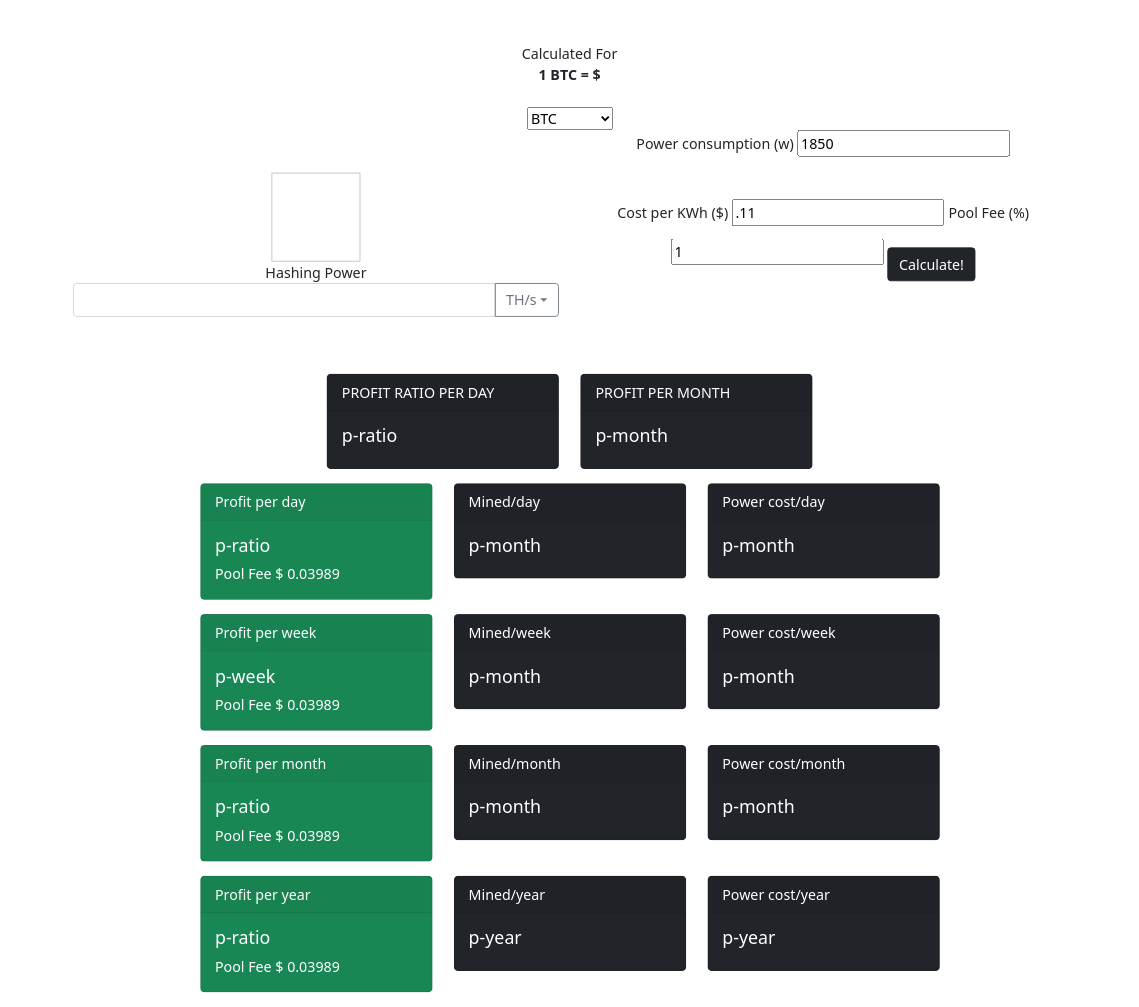
Repository: ibrkhalil/calculator
Page: index.html
An editor plug-in stored every save of this project. The page is shown before and after the next save, followed by the edit.
The browser window is 1280 px wide. The pictures show the whole page, at 89% of full size.
The page's requests for data from a server got no answer.

Above is the page before, as saved 2021-10-20 13:05:53.

### index.html
<!DOCTYPE html>
<html lang="en">

<head>
    <meta charset="UTF-8">
    <meta http-equiv="X-UA-Compatible" content="IE=edge">
    <link rel="stylesheet" href="styles.css">
    <meta name="viewport" content="width=device-width, initial-scale=1">
    <link href="https://cdn.jsdelivr.net/npm/bootstrap@5.1.3/dist/css/bootstrap.min.css" rel="stylesheet"
        integrity="sha384-1BmE4kWBq78iYhFldvKuhfTAU6auU8tT94WrHftjDbrCEXSU1oBoqyl2QvZ6jIW3" crossorigin="anonymous">
    <title>Calculator</title>
</head>

<body>
    <div>
        <form class="container" id="mainform">
            <div class="head-of-calculator text-center">
                <div class="row">
                    <div class="col-md-12 mt-5">
                        <label class="" for="UNIT" class="UNIT">Calculated For</label>
                        <br>
                        <strong name="UNIT" id="UNIT">1 BTC = $ </strong>
                        <br>
                        <br>
                        <select name="Coins" id="coins">
                            <option value="BTC">BTC</option>
                            <option value="LiteCoin">LiteCoin</option>
                            <option value="DogeCoin">DogeCoin</option>
                        </select>

                    </div>
                    <div class="col-md-6">
                        <div class="mt-5 justify-content-center ">
                            <img id="iconImg" width="100" height="100" />
                            <br>
                            <label for="">
                                Hashing Power
                            </label>
                            <div class="input-group mb-3">
                                <input type="text" class="form-control" id="hashing"
                                    aria-label="Text input with dropdown button">
                                <button class="btn btn-outline-secondary dropdown-toggle" type="button"
                                    data-bs-toggle="dropdown" aria-expanded="false">TH/s</button>
                                <ul class="dropdown-menu dropdown-menu-end">
                                    <li><a class="dropdown-item" href="#">H/s</a></li>
                                    <li><a class="dropdown-item" href="#">KH/s</a></li>
                                    <li><a class="dropdown-item" href="#">MH/s</a></li>
                                    <li><a class="dropdown-item" href="#">GH/s</a></li>
                                    <li><a class="dropdown-item" href="#">TH/s</a></li>
                                </ul>
                            </div>

                        </div>
                    </div>
                    <div class="col-md-6">

                        <label for="power">
                            Power consumption (w)
                        </label>
                        <input type="text" name="power" id="power" value="1850" />
                        <br>
                        <br>
                        <br>
                        <label for="cost">
                            Cost per KWh ($)
                        </label>
                        <input type="text" name="cost" id="cost" value=".11" />

                        <label for="pool">
                            Pool Fee (%)
                        </label>
                        <input type="text" name="pool" id="pool" value="1" />
                        <button type="submit" class="btn mt-4 btn-dark">Calculate!</button>
                    </div>
                </div>
            </div>
            <div class="row mt-5 justify-content-center">
                <div class="col-md-3">
                    <div class="card text-white bg-dark mb-3 rounded-3" style="max-width: 18rem;">
                        <div class="card-header">PROFIT RATIO PER DAY</div>
                        <div class="card-body">
                            <h5 class="card-title">p-ratio</h5>
                            <p class="card-text p-ratio"></p>
                        </div>
                    </div>
                </div>
                <div class="col-md-3">
                    <div class="card text-white bg-dark mb-3 rounded-3" style="max-width: 18rem;">
                        <div class="card-header">PROFIT PER MONTH</div>
                        <div class="card-body">
                            <h5 class="card-title">p-month</h5>
                        </div>
                    </div>
                </div>
            </div>
            <div class="row justify-content-center">
                <div class="col-md-3">
                    <div class="card text-white bg-success mb-3 rounded-3" style="max-width: 18rem;">
                        <div class="card-header">Profit per day</div>
                        <div class="card-body">
                            <h5 class="card-title">p-ratio</h5>
                            <p class="card-text">Pool Fee $ 0.03989</p>
                        </div>
                    </div>
                </div>
                <div class="col-md-3">
                    <div class="card text-white bg-dark mb-3 rounded-3" style="max-width: 18rem;">
                        <div class="card-header">Mined/day</div>
                        <div class="card-body">
                            <h5 class="card-title">p-month</h5>
                        </div>
                    </div>
                </div>
                <div class="col-md-3">
                    <div class="card text-white bg-dark mb-3 rounded-3" style="max-width: 18rem;">
                        <div class="card-header">Power cost/day</div>
                        <div class="card-body">
                            <h5 class="card-title">p-month</h5>
                        </div>
                    </div>
                </div>
            </div>
            <div class="row justify-content-center">
                <div class="col-md-3">
                    <div class="card text-white bg-success mb-3 rounded-3" style="max-width: 18rem;">
                        <div class="card-header">Profit per week</div>
                        <div class="card-body">
                            <h5 class="card-title">p-week</h5>
                            <p class="card-text p-ratio">Pool Fee $ 0.03989</p>
                        </div>
                    </div>
                </div>
                <div class="col-md-3">
                    <div class="card text-white bg-dark mb-3 rounded-3" style="max-width: 18rem;">
                        <div class="card-header">Mined/week</div>
                        <div class="card-body">
                            <h5 class="card-title">p-month</h5>
                        </div>
                    </div>
                </div>
                <div class="col-md-3">
                    <div class="card text-white bg-dark mb-3 rounded-3" style="max-width: 18rem;">
                        <div class="card-header">Power cost/week</div>
                        <div class="card-body">
                            <h5 class="card-title">p-month</h5>
                        </div>
                    </div>
                </div>
            </div>
            <div class="row justify-content-center">
                <div class="col-md-3">
                    <div class="card text-white bg-success mb-3 rounded-3" style="max-width: 18rem;">
                        <div class="card-header">Profit per month</div>
                        <div class="card-body">
                            <h5 class="card-title">p-ratio</h5>
                            <p class="card-text p-ratio">Pool Fee $ 0.03989</p>
                        </div>
                    </div>
                </div>
                <div class="col-md-3">
                    <div class="card text-white bg-dark mb-3 rounded-3" style="max-width: 18rem;">
                        <div class="card-header">Mined/month</div>
                        <div class="card-body">
                            <h5 class="card-title">p-month</h5>
                        </div>
                    </div>
                </div>
                <div class="col-md-3">
                    <div class="card text-white bg-dark mb-3 rounded-3" style="max-width: 18rem;">
                        <div class="card-header">Power cost/month</div>
                        <div class="card-body">
                            <h5 class="card-title">p-month</h5>
                        </div>
                    </div>
                </div>
            </div>
            <div class="row justify-content-center">
                <div class="col-md-3">
                    <div class="card text-white bg-success mb-3 rounded-3" style="max-width: 18rem;">
                        <div class="card-header">Profit per year</div>
                        <div class="card-body">
                            <h5 class="card-title">p-ratio</h5>
                            <p class="card-text p-ratio">Pool Fee $ 0.03989</p>
                        </div>
                    </div>
                </div>
                <div class="col-md-3">
                    <div class="card text-white bg-dark mb-3 rounded-3" style="max-width: 18rem;">
                        <div class="card-header">Mined/year</div>
                        <div class="card-body">
                            <h5 class="card-title">p-year</h5>
                        </div>
                    </div>
                </div>
                <div class="col-md-3">
                    <div class="card text-white bg-dark mb-3 rounded-3" style="max-width: 18rem;">
                        <div class="card-header">Power cost/year</div>
                        <div class="card-body">
                            <h5 class="card-title">p-year</h5>
                        </div>
                    </div>
                </div>
            </div>
        </form>
    </div>
    <script src="https://cdn.jsdelivr.net/npm/bootstrap@5.1.3/dist/js/bootstrap.bundle.min.js"
        integrity="sha384-ka7Sk0Gln4gmtz2MlQnikT1wXgYsOg+OMhuP+IlRH9sENBO0LRn5q+8nbTov4+1p"
        crossorigin="anonymous"></script>

    <script src="script.js"></script>
</body>

</html>

### script.js
let state = {
    selectedItemPrice: 0,
    selecteitemIcon: ""
}
const hashingInput = document.getElementById('hashing')
const costInput = document.getElementById('cost')
const poolInput = document.getElementById('pool')
const powerInput = document.getElementById('power')
const coinsInput = document.getElementById('coins')
const mainform = document.getElementById('mainform')
let UNIT = document.getElementById('UNIT')
let iconImg = document.getElementById('iconImg')
let coins = document.getElementById('coins')
coins.addEventListener("change", handleCoinChange)
const ClienID = "9f78bfdd52fa7d4e3ca0f4d7af6819aa4c786603085c7059144b64a6e20cacc5"
const ClienSecret = "0b79f034066c9c06ca1e8d948cb8cf07709d534ccf4b865d953c8b810317007b"
let BTCPrice = 0;
let BTCLogo = "";
let ETHPrice = 0;
let ETHLogo = "";
let LTCPrice = 0;
let LTCLogo = "";
let DOGEPrice = 0;
let DOGELogo = "";
const handleSubmit = (e) => {
    e.preventDefault()
    const hashing = hashingInput.value
    const cost = costInput.value
    const pool = poolInput.value
    const power = powerInput.value
}
mainform.addEventListener("submit", handleSubmit)


function handleCoinChange(e) {
    switch (e.target.value) {
        case "BTC":
            state.selectedItemPrice = BTCPrice
            state.selecteitemIcon = BTCLogo
            console.log(BTCLogo);
            break;
        case "LiteCoin":
            state.selectedItemPrice = LTCPrice
            state.selecteitemIcon = LTCLogo
            break;
        case "DogeCoin":
            state.selectedItemPrice = DOGEPrice
            state.selecteitemIcon = DOGELogo
            break;
    }
    UNIT.textContent = parseFloat(state.selectedItemPrice)
    iconImg.setAttribute("src", state.selecteitemIcon)

}
const data = fetch(`https://api.nomics.com/v1/currencies/ticker?key=5062a1c78b71f9b54e103a1d39110d85bd5dcab3&interval=1d,30d&per-page=100&page=1"&ids=BTC,ETH,LTC,DOGE`).then(response => response.json()).then(response => {
    console.log(response)
    BTCPrice = response[0].price
    BTCLogo = response[0].logo_url
    ETHPrice = response[1].price
    ETHLogo = response[1].logo_url
    LTCPrice = response[3].price
    LTCLogo = response[3].logo_url
    DOGEPrice = response[2].price
    DOGELogo = response[2].logo_url


})

Loaded but not shown: styles.css (no stored copy; drawn as an empty file)

After the next save:
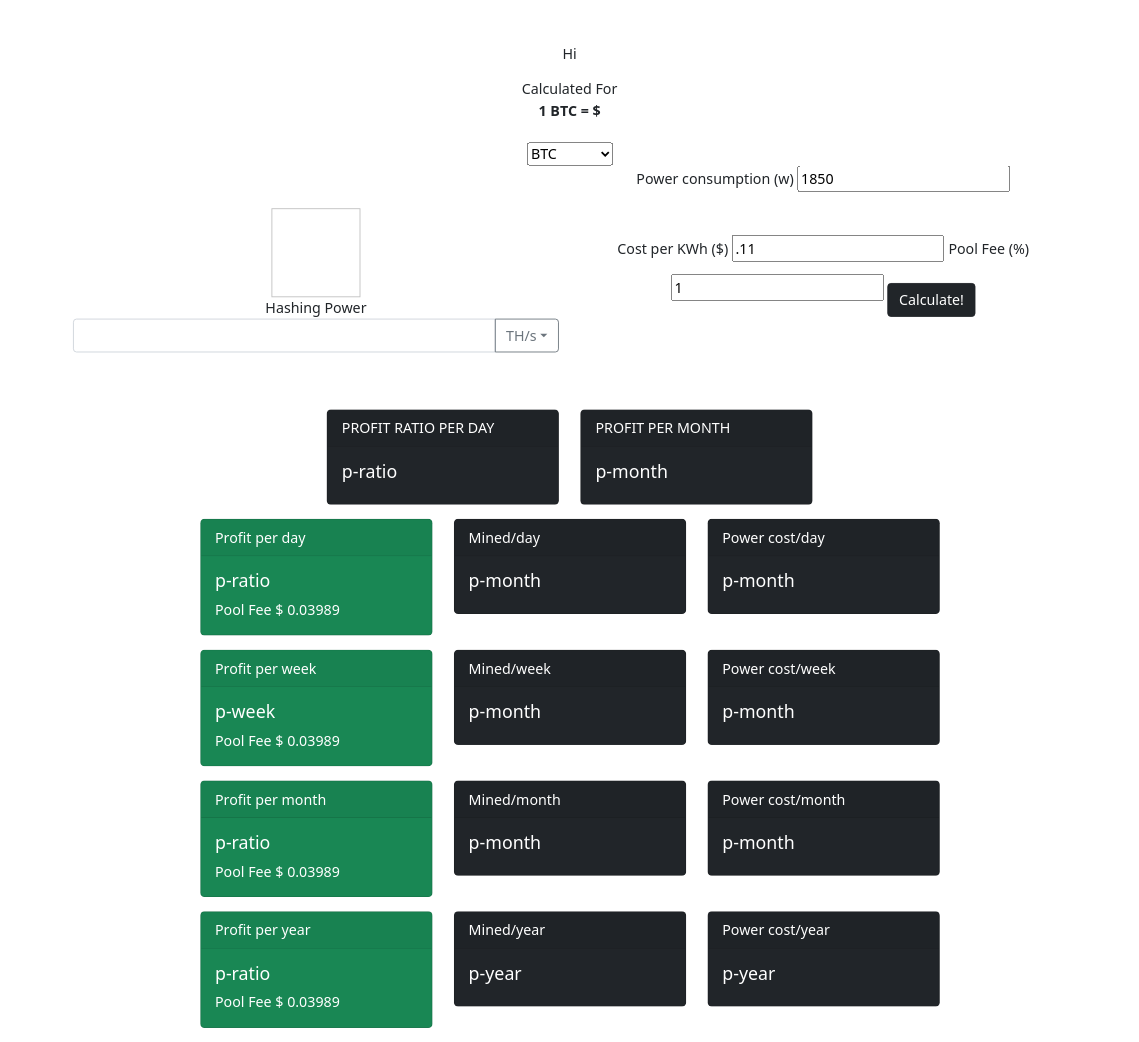
Saved 23 s later.
--- a/index.html
+++ b/index.html
@@ -17,7 +17,9 @@
             <div class="head-of-calculator text-center">
                 <div class="row">
                     <div class="col-md-12 mt-5">
-                        <label class="" for="UNIT" class="UNIT">Calculated For</label>
+                        <label class="" for="UNIT" class="UNIT">
+                            <p>Hi</p>Calculated For
+                        </label>
                         <br>
                         <strong name="UNIT" id="UNIT">1 BTC = $ </strong>
                         <br>
